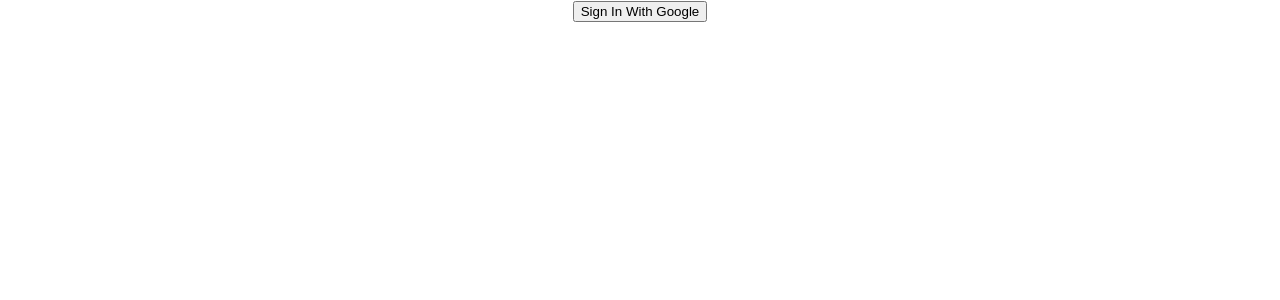
Repository: Baskaran-Ra/ReactJs-GoogleAuth
Page: / (app in google-login/)
The author's editor kept a copy of each file at every save. The page is drawn from the files as they stood at one save, then again after the next save.
The browser window is 1280 px wide. The pictures show the whole page.
The page's requests for data from a server got no answer. The project was rebuilt for these pictures with package versions that can differ from the ones it lists, and the page was loaded fresh each time. No one was signed in, and anything a server would have sent is missing.

Above is the page before, as saved 2022-12-19 18:24:46.

After the next save:
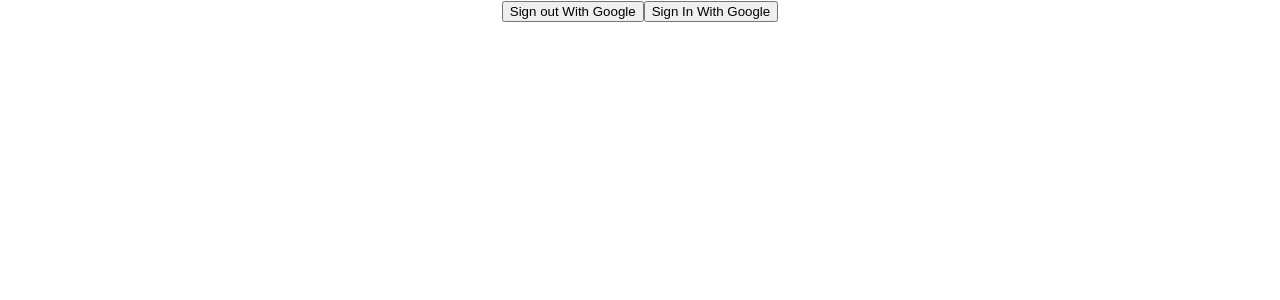
Saved 4 min 22 s later.
--- a/google-login/src/App.js
+++ b/google-login/src/App.js
@@ -10,6 +10,7 @@
   }
   return (
     <div className="App">
+        <button onClick={logout}>Sign out With Google </button>
      <button onClick={signInWithGoogle}>Sign In With Google </button>
 
 
